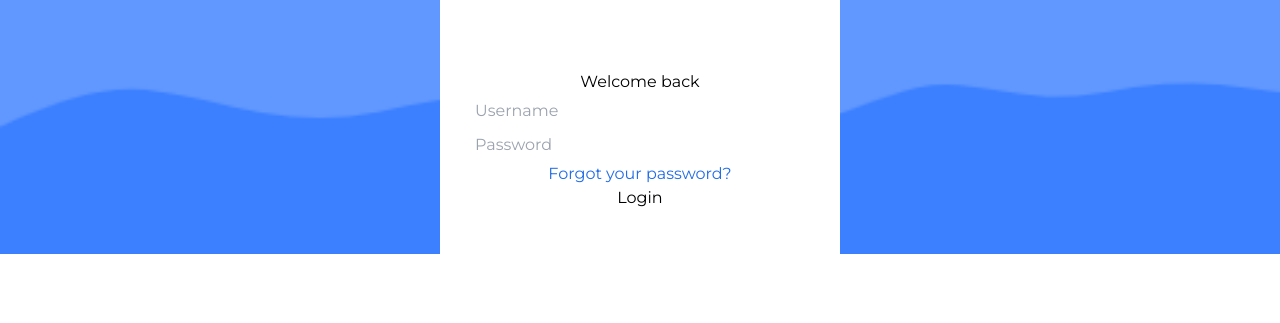
Repository: SatohJiro/CourseSale
Page: /
These files come from the project's save history. The page is drawn as it stood at one moment and after the next save; the edit follows.
The browser window is 1280 px wide. The pictures show the whole page.
The project was rebuilt for these pictures with package versions that can differ from the ones it lists, and the page was loaded fresh each time. Also part of the build but not shown: src/pages/Home/index.js, src/pages/Courses/index.js, src/layout/DefaultLayout/DefaultLayout.module.scss, src/layout/components/Header/Header.module.scss, src/layout/components/Header/index.js, src/layout/components/Sidebar/Sidebar.module.scss, src/layout/components/Sidebar/index.js, src/layout/DefaultLayout/index.js.

Above is the page before, as saved 2022-12-05 10:55:53.

After the next save:
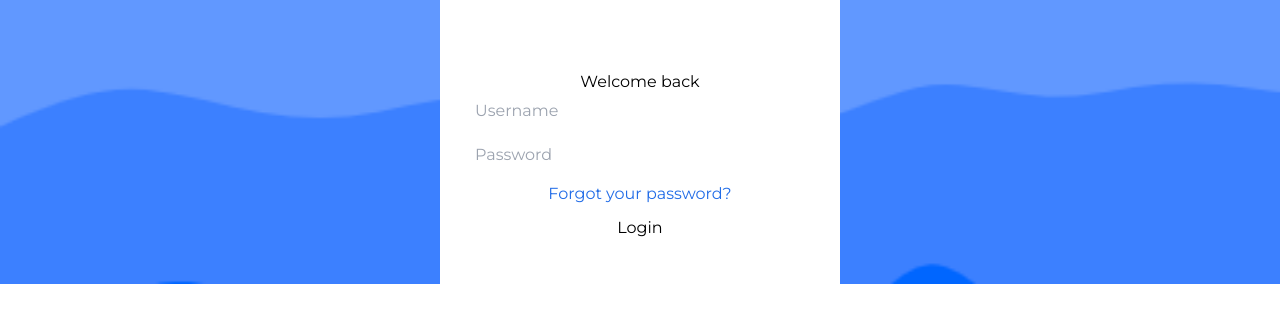
Saved 82 s later.
--- a/src/pages/Login/Login.jsx
+++ b/src/pages/Login/Login.jsx
@@ -6,7 +6,7 @@ const Login = () => {
       <div className="grid place-items-center m-0 px-[24px] bg-login bg-no-repeat bg-cover animate-background-pan">
         <div className="w-[400px] px-[30px] pt-[70px] pb-[44px] round-[24px] bg-white text-center">
           <h2>Welcome back</h2>
-          <form action="" className="grid">
+          <form action="" className="grid gap-4">
             <input className="p-2" type="text" placeholder="Username" />
             <input className="p-2" type="password" placeholder="Password" />
             <a href="#" className="text-link">
